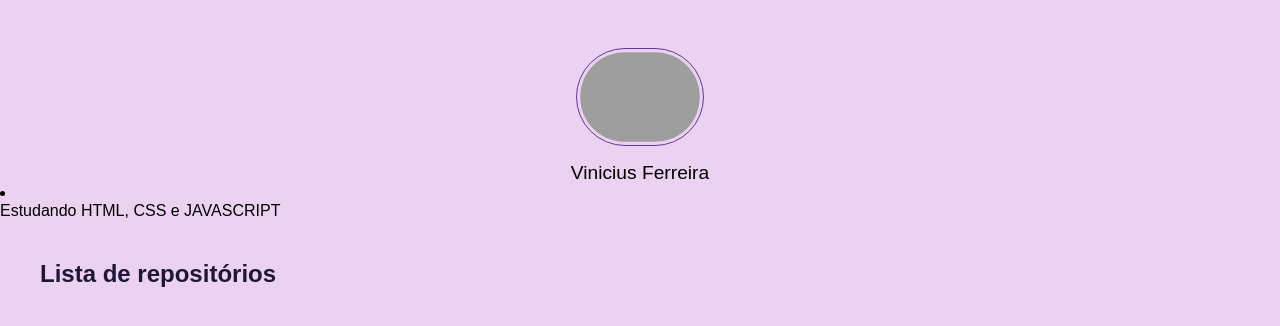
Repository: viniciusfg05/AnnotationReacts
Page: /
The author's editor kept a copy of each file at every save. The page is drawn from the files as they stood at one save, then again after the next save.
The browser window is 1280 px wide. The pictures show the whole page.
Pictures or frames that could not be fetched are drawn as grey boxes. The page's requests for data from a server got no answer. The project was rebuilt for these pictures with package versions that can differ from the ones it lists, and the page was loaded fresh each time. No one was signed in, and anything a server would have sent is missing. Also part of the build but not shown: webpack.config.js, src/components/RepositoryItens.tsx.

Above is the page before, as saved 2022-02-18 14:45:48.

After the next save:
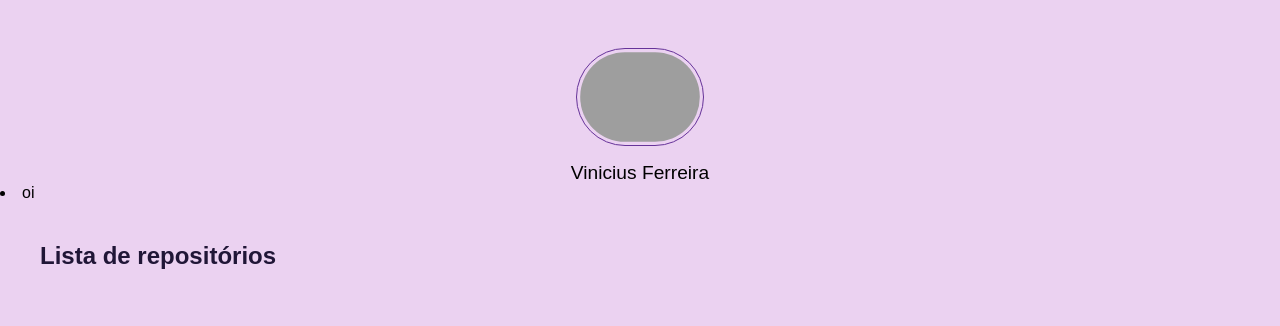
Saved 9 s later.
--- a/src/components/Profile.tsx
+++ b/src/components/Profile.tsx
@@ -19,7 +19,7 @@ export function Profile() {
 
 
         <li>
-          <ul>Estudando HTML, CSS e JAVASCRIPT</ul>
+          oi
         </li>
       </div>
     </div>
